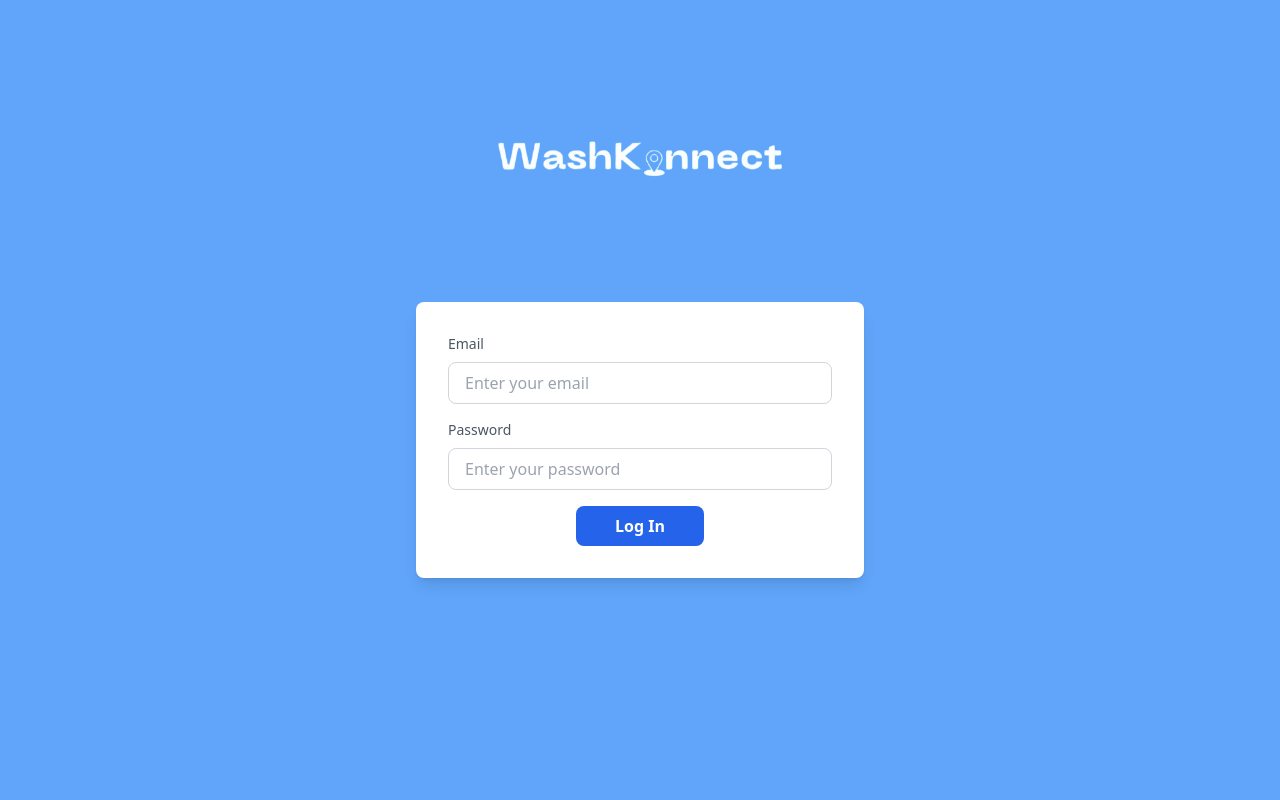
Repository: TEKVOLUTION-LTD/Admin-washKonnect
Page: / (app in Admin-WashKonnect/)
An editor plug-in stored every save of this project. The page is shown before and after the next save, followed by the edit.
The browser window is 1280 px wide. The pictures show the whole page.
The project was rebuilt for these pictures with package versions that can differ from the ones it lists, and the page was loaded fresh each time. Also part of the build but not shown: Admin-WashKonnect/vite.config.js, Admin-WashKonnect/src/pages/Transaction.jsx, Admin-WashKonnect/src/pages/serviceProvider.jsx.

Above is the page before, as saved 2024-11-13 14:47:22.

After the next save:
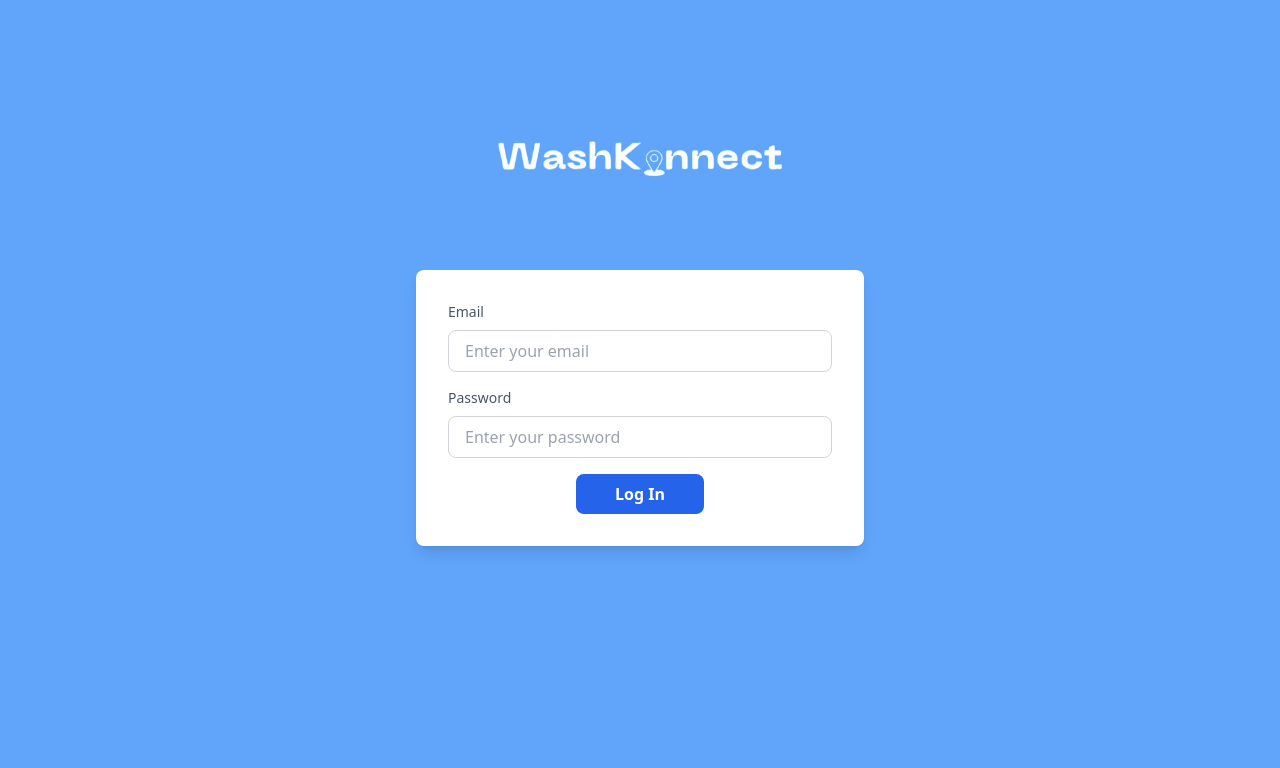
Saved 30 s later.
--- a/Admin-WashKonnect/src/components/Login.jsx
+++ b/Admin-WashKonnect/src/components/Login.jsx
@@ -18,7 +18,7 @@ const Login = () => {
 
     <>
 <div className=' bg-blue-400'>
-  <div className='flex mx-auto justify-center items-center'> <img src={WashkonnectLogo} className='object-cover w-[20rem] mb-[-15rem]' alt="" /></div>
+  <div className='flex mx-auto justify-center items-center'> <img src={WashkonnectLogo} className='object-cover w-[20rem] mb-[-17rem]' alt="" /></div>
 
 <div className="flex  items-center justify-center min-h-screen ">
 
